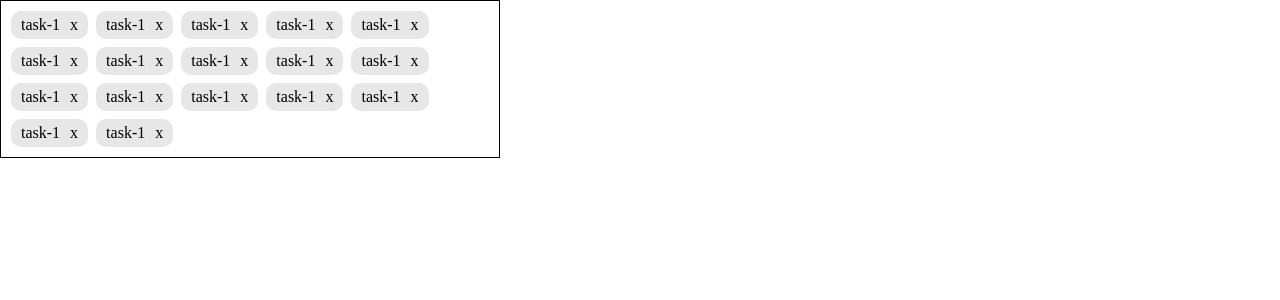
Repository: OkazakiTruong/selectOption
Page: /
The author's editor kept a copy of each file at every save. The page is drawn from the files as they stood at one save, then again after the next save.
The browser window is 1280 px wide. The pictures show the whole page.
The project was rebuilt for these pictures with package versions that can differ from the ones it lists, and the page was loaded fresh each time. Also part of the build but not shown: vite.config.js.

Above is the page before, as saved 2024-01-17 21:05:49.

After the next save:
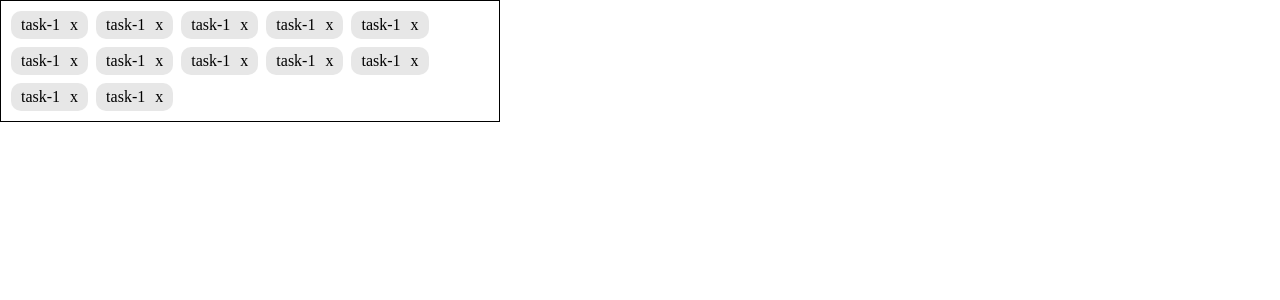
Saved 100 s later.
--- a/src/SelectBox/SelectBoxContainer.jsx
+++ b/src/SelectBox/SelectBoxContainer.jsx
@@ -53,26 +53,7 @@ export const SelectBoxContainer = () => {
           <span>task-1</span>
           <span className="btn-delete">x</span>
         </div>
-        <div className="select-item">
-          <span>task-1</span>
-          <span className="btn-delete">x</span>
-        </div>
-        <div className="select-item">
-          <span>task-1</span>
-          <span className="btn-delete">x</span>
-        </div>
-        <div className="select-item">
-          <span>task-1</span>
-          <span className="btn-delete">x</span>
-        </div>
-        <div className="select-item">
-          <span>task-1</span>
-          <span className="btn-delete">x</span>
-        </div>
-        <div className="select-item">
-          <span>task-1</span>
-          <span className="btn-delete">x</span>
-        </div>
+
         <input className="input"></input>
       </div>
     </div>
